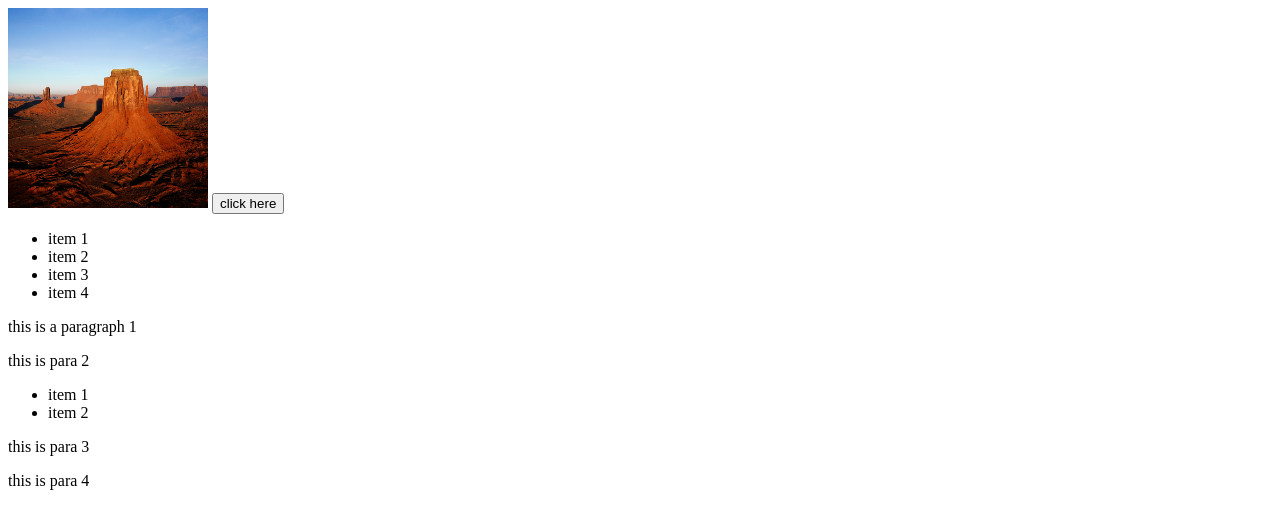
Repository: PoojaShirwaikar/BlockhainTest
Page: javascript/JQueryDemo/WebContent/domManipulation.html
An editor plug-in stored every save of this project. The page is shown before and after the next save, followed by the edit.
The browser window is 1280 px wide. The pictures show the whole page.
Some web libraries are served in a nearby version.

Above is the page before, as saved 2017-11-13 05:17:38.

### javascript/JQueryDemo/WebContent/domManipulation.html
<!DOCTYPE html>
<html>
<head>
<meta charset="ISO-8859-1">
<title>Insert title here</title>
<script src="https://code.jquery.com/jquery-3.2.1.js"></script>
<script>
	$(function() {
		//alert($("#list1").text());
		//alert($("#list1").html());
		//	$("#list2").text("<li>this is new list item</li>")
		//$("#list2").html("<li>this is new list item</li>")
		//	$("p:last").text("new para");

		//	var mypara = $("<p>new paragraph</p>");
		//		$("#para3").html(mypara);

		//	$("#para3").append(" with dynamic text");

		//	$("#para1").appendTo("p:last");

		//	$("a").attr("target","_blank");
		//$("a").removeAttr('href');
		/*
		$("#b1").click(function(){
			$("img").attr("src","Lighthouse.jpg");
		}); */

		//$("p").wrap("<div style='border: 3px solid blue'></div>");
		//$("p").wrapAll("<div style='border: 3px solid blue'></div>");
		//$("#para1").clone().appendTo("p:last");



	});
</script>
</head>
<body>
	<a href='Desert.jpg'><img src="Desert.jpg" width="200px"
		height="200px" /></a>
	<button id="b1">click here</button>
	<ul id="list2"></ul>
	<ul id="list1">
		<li class="a">item 1</li>
		<li class="a">item 2</li>
		<li class="b">item 3</li>
		<li class="b">item 4</li>
	</ul>


	<p id="para1" class="a">this is a paragraph 1</p>
	<p>this is para 2</p>
	<ul id="list3">
		<li>item 1</li>
		<li>item 2</li>

	</ul>
	<p id="para3" class="b">this is para 3</p>
	<p class="b">this is para 4</p>




</body>
</html>

After the next save:
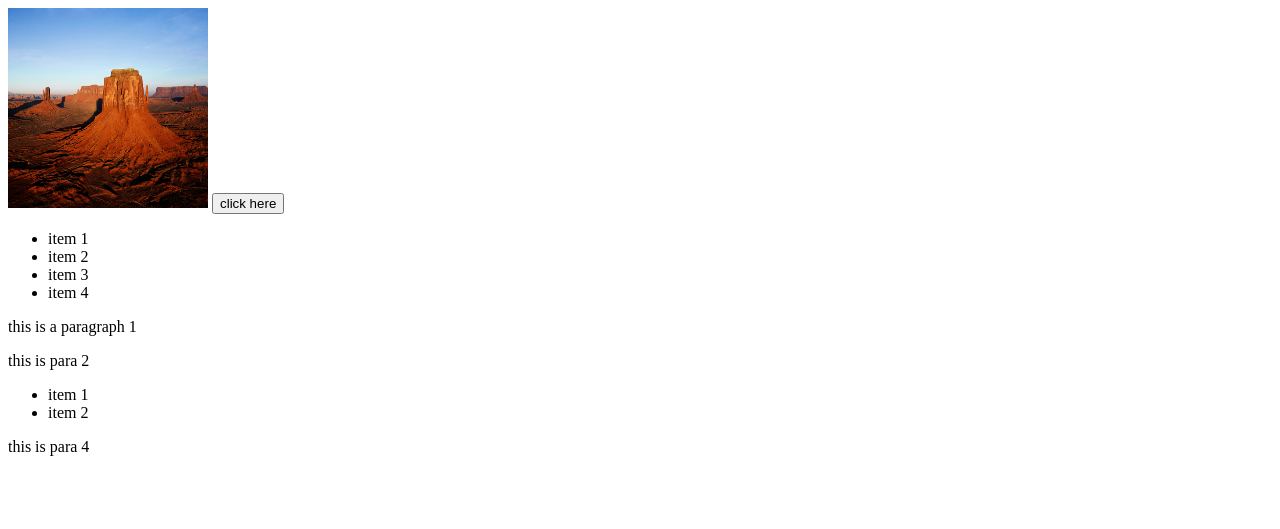
Saved 29 s later.
--- a/javascript/JQueryDemo/WebContent/domManipulation.html
+++ b/javascript/JQueryDemo/WebContent/domManipulation.html
@@ -30,7 +30,7 @@
 		//$("p").wrapAll("<div style='border: 3px solid blue'></div>");
 		//$("#para1").clone().appendTo("p:last");
 
-
+		$("#para3").replaceWith();
 
 	});
 </script>
